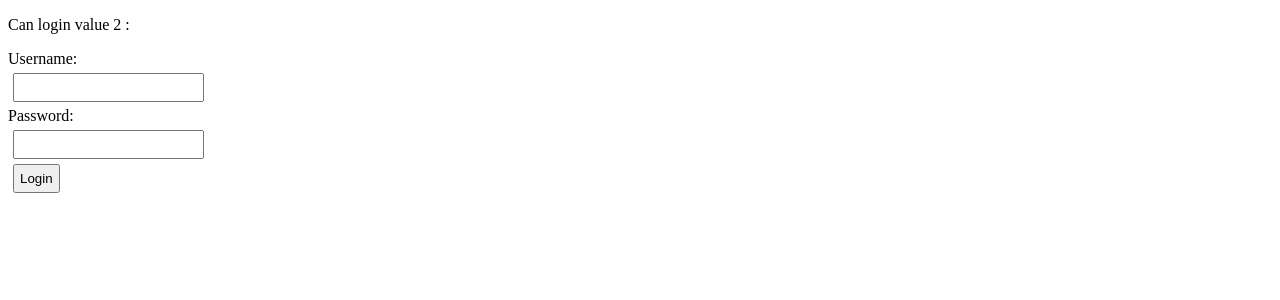
Repository: ajinzrathod/jsp-login
Page: http://localhost/login/
These files come from the project's save history. The page is drawn as it stood at one moment and after the next save; the edit follows.
The browser window is 1280 px wide. The pictures show the whole page.
The page is served by Tomcat 10.

Above is the page before, as saved 2021-05-28 06:22:52.

After the next save:
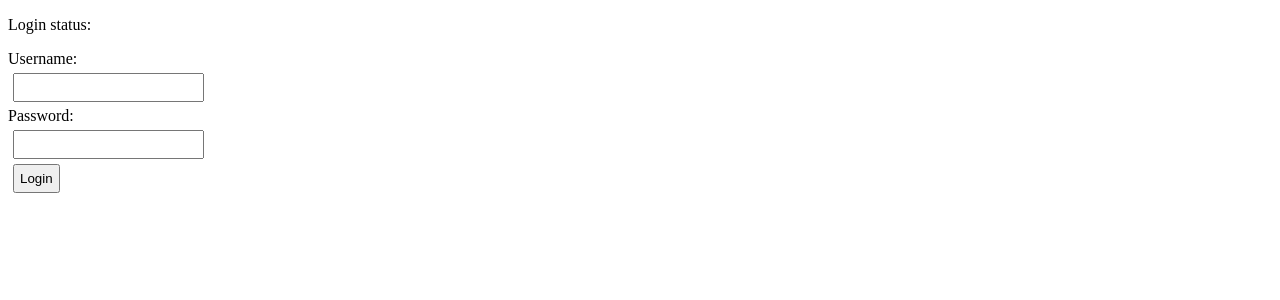
Saved 11 s later.
--- a/login/src/main/webapp/index.jsp
+++ b/login/src/main/webapp/index.jsp
@@ -20,7 +20,7 @@
 		<p>Signed in Successfully.</p>
 		<p> <a href="/logout">Logout</a></p>
 	<% } else { %>
-		<p>Can login value 2 : ${can_login}</p>
+		<p>Login status: ${can_login}</p>
 		<div>
 			<form action="login" method="post">
 				Username: <input type="text" name="username" class="inp-field">
